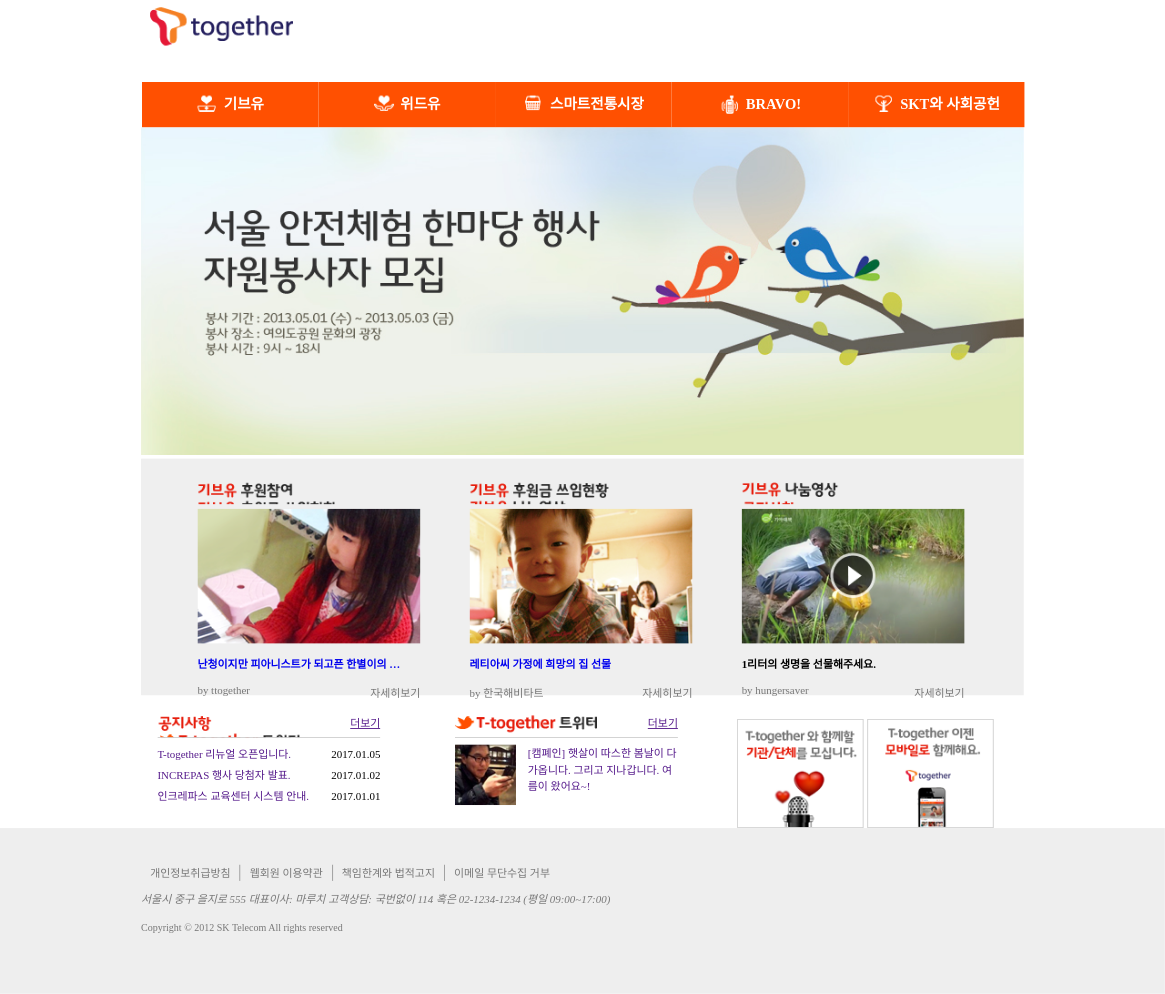
Repository: CHOKIHO/html
Page: work/html_test/WebContent/html/main.html
These files come from the project's save history. The page is drawn as it stood at one moment and after the next save; the edit follows.
The browser window is 1280 px wide. The pictures show the whole page, at 91% of full size.

Above is the page before, as saved 2017-01-05 06:36:35.

After the next save:
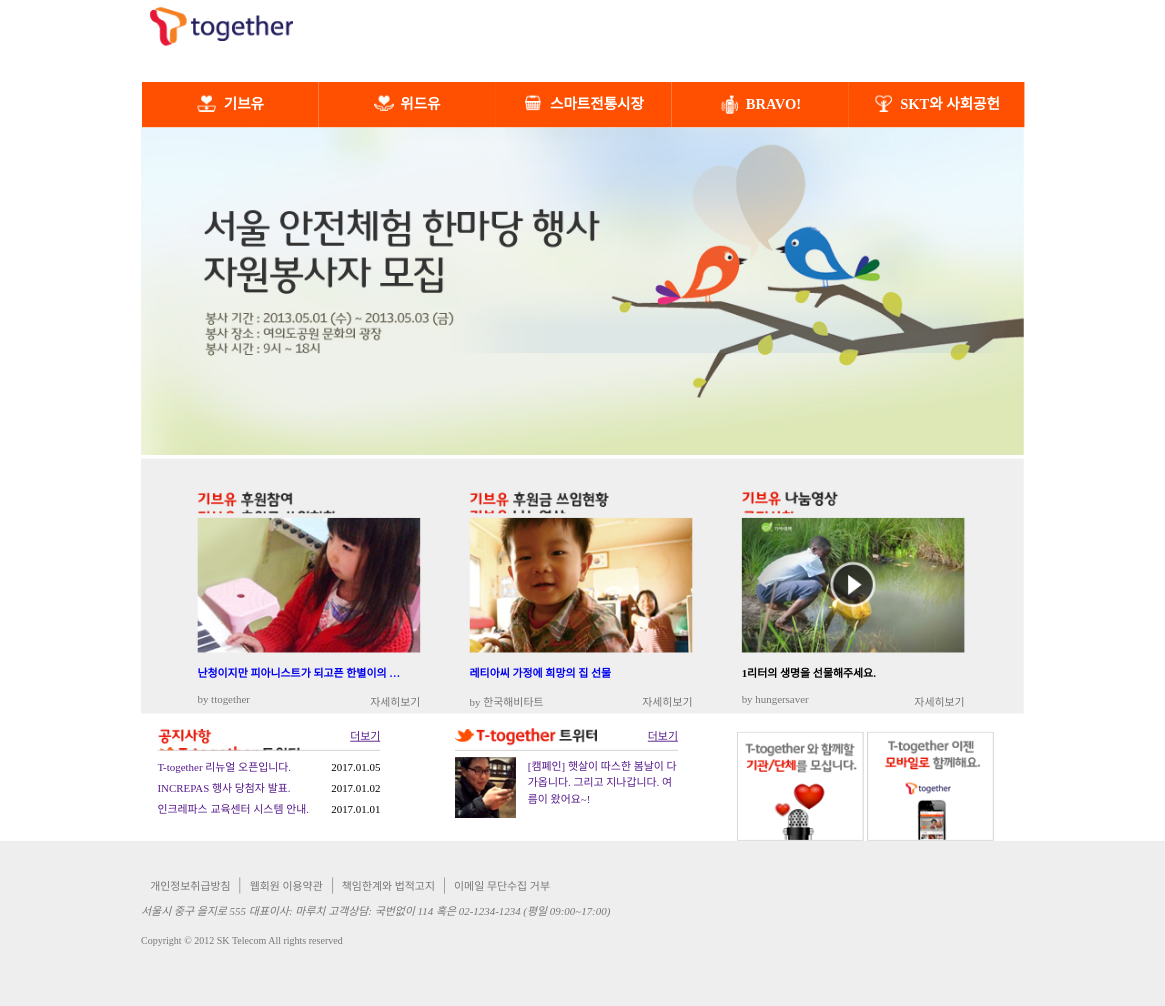
Saved 7 s later.
--- a/work/html_test/WebContent/html/main.html
+++ b/work/html_test/WebContent/html/main.html
@@ -103,7 +103,7 @@
 
 			width:auto;
 			height: 240px;
-			padding: 10px 35px;
+			padding: 20px 35px;
 			background-color: #efefef;
 		}
 
